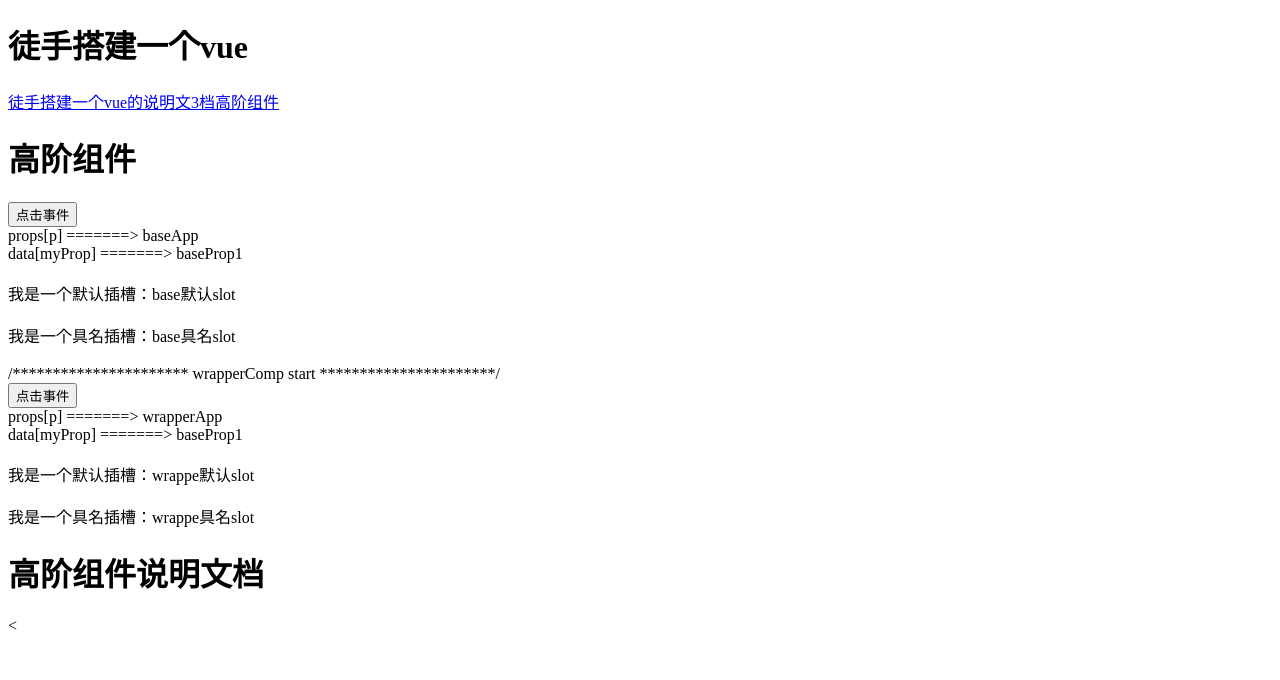
Repository: yuWhy/vue-build-cli
Page: /#/hightOrderComponents
The author's editor kept a copy of each file at every save. The page is drawn from the files as they stood at one save, then again after the next save.
The browser window is 1280 px wide. The pictures show the whole page.
The project was rebuilt for these pictures with package versions that can differ from the ones it lists, and the page was loaded fresh each time. Also part of the build but not shown: webpack.config.js, src/router/index.js.

Above is the page before, as saved 2021-02-22 13:22:41.

After the next save:
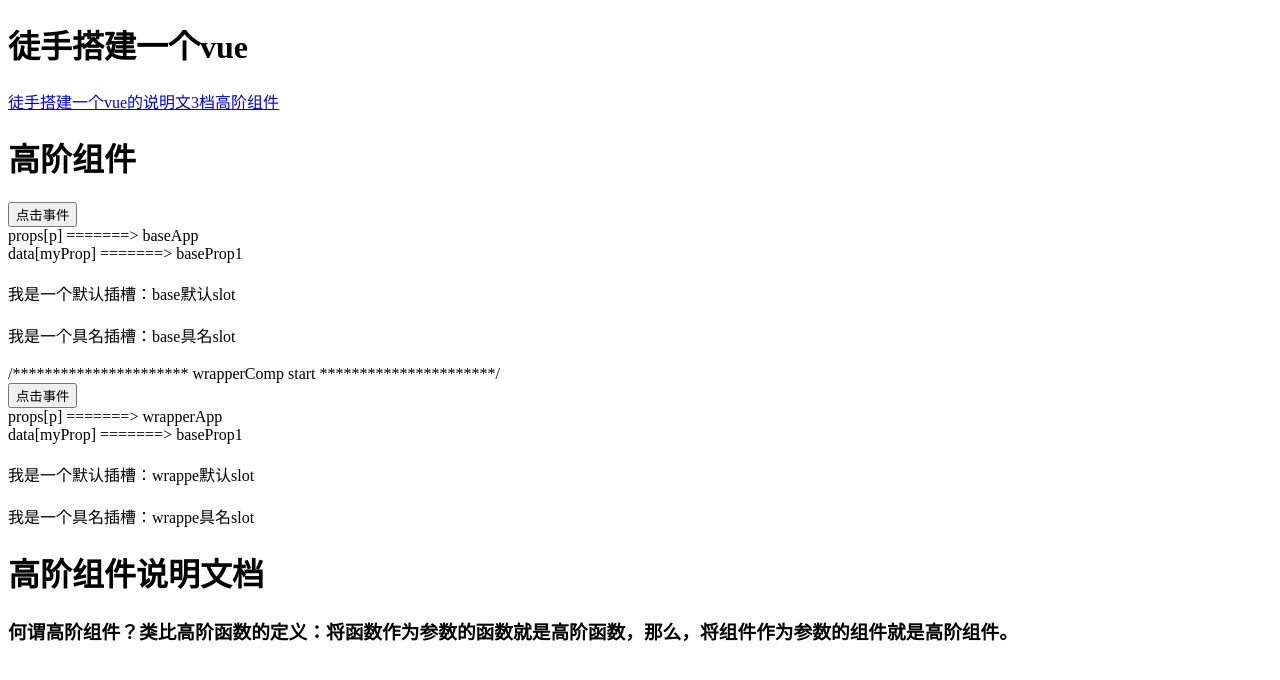
Saved 27 s later.
--- a/src/pages/HightOrderComponents/index.vue
+++ b/src/pages/HightOrderComponents/index.vue
@@ -17,7 +17,7 @@
       </template>
     </wrapperComp>
     <h1>高阶组件说明文档</h1>
-    <
+    <h3>何谓高阶组件？类比高阶函数的定义：将函数作为参数的函数就是高阶函数，那么，将组件作为参数的组件就是高阶组件。</h3>
   </div>
 </template>
 
